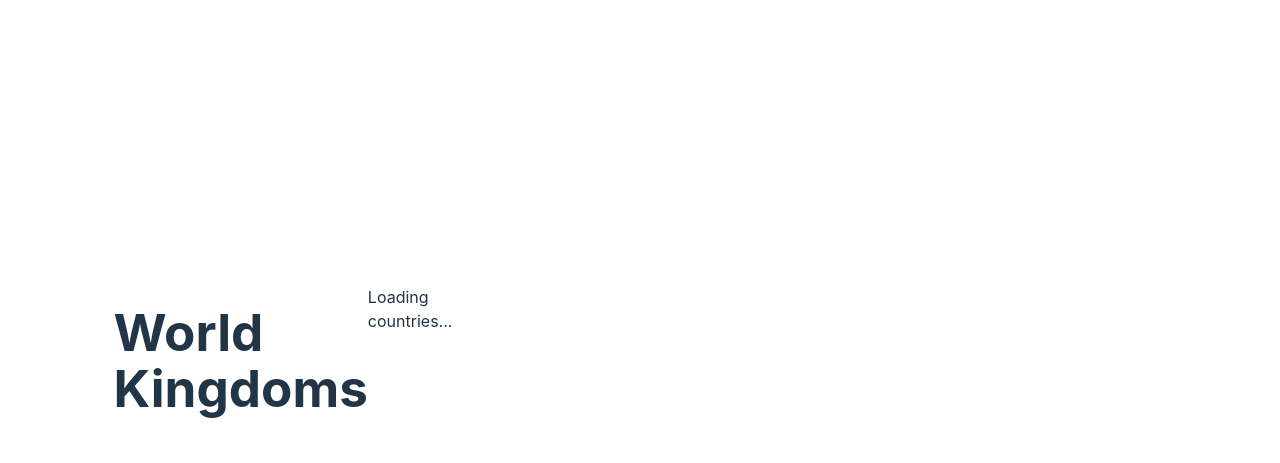
Repository: MelissaJacobi/lab-07
Page: /
An editor plug-in stored every save of this project. The page is shown before and after the next save, followed by the edit.
The browser window is 1280 px wide. The pictures show the whole page.
The page's requests for data from a server got no answer. The project was rebuilt for these pictures with package versions that can differ from the ones it lists, and the page was loaded fresh each time. No one was signed in, and anything a server would have sent is missing. Also part of the build but not shown: vite.config.js, src/components/Details.module.css, src/components/Details.jsx.

Above is the page before, as saved 2024-11-23 22:16:14.

After the next save:
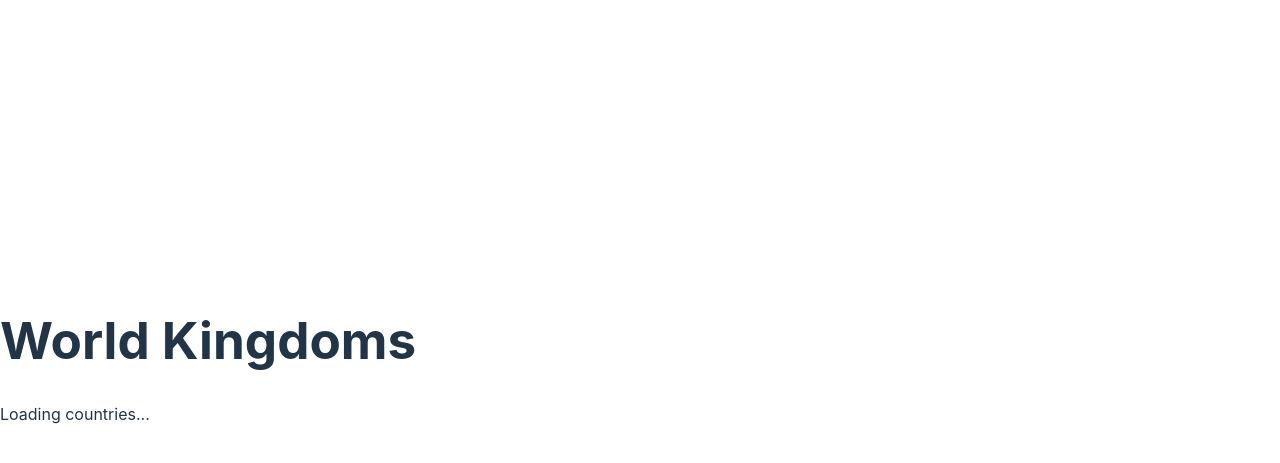
Saved 46 s later.
--- a/src/components/Countries.jsx
+++ b/src/components/Countries.jsx
@@ -27,7 +27,7 @@ const Countries = () => {
   };
 
   return (
-    <div className={styles.container}>
+    <div>
       <h1>World Kingdoms</h1>
       {loading ? (
         <p>Loading countries...</p>
